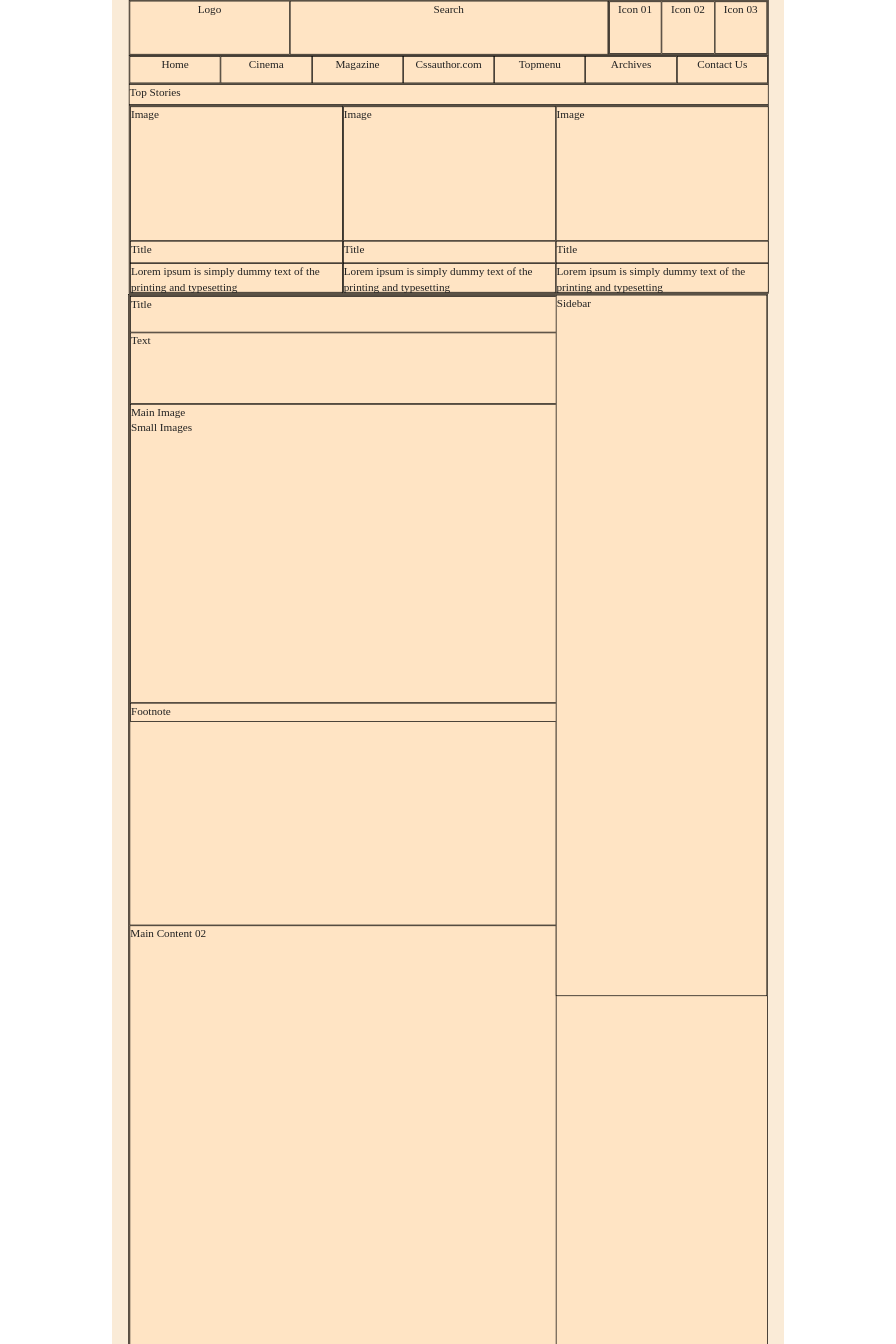
Repository: giovanabirck/cover-magazine-giovanabirck
Page: index.html
The author's editor kept a copy of each file at every save. The page is drawn from the files as they stood at one save, then again after the next save.
The browser window is 1280 px wide. The pictures show the part of the page from y = 0 to 1920 px (the page is 5000 px tall), at 70% of full size.

Above is the page before, as saved 2023-01-14 11:21:50.

After the next save:
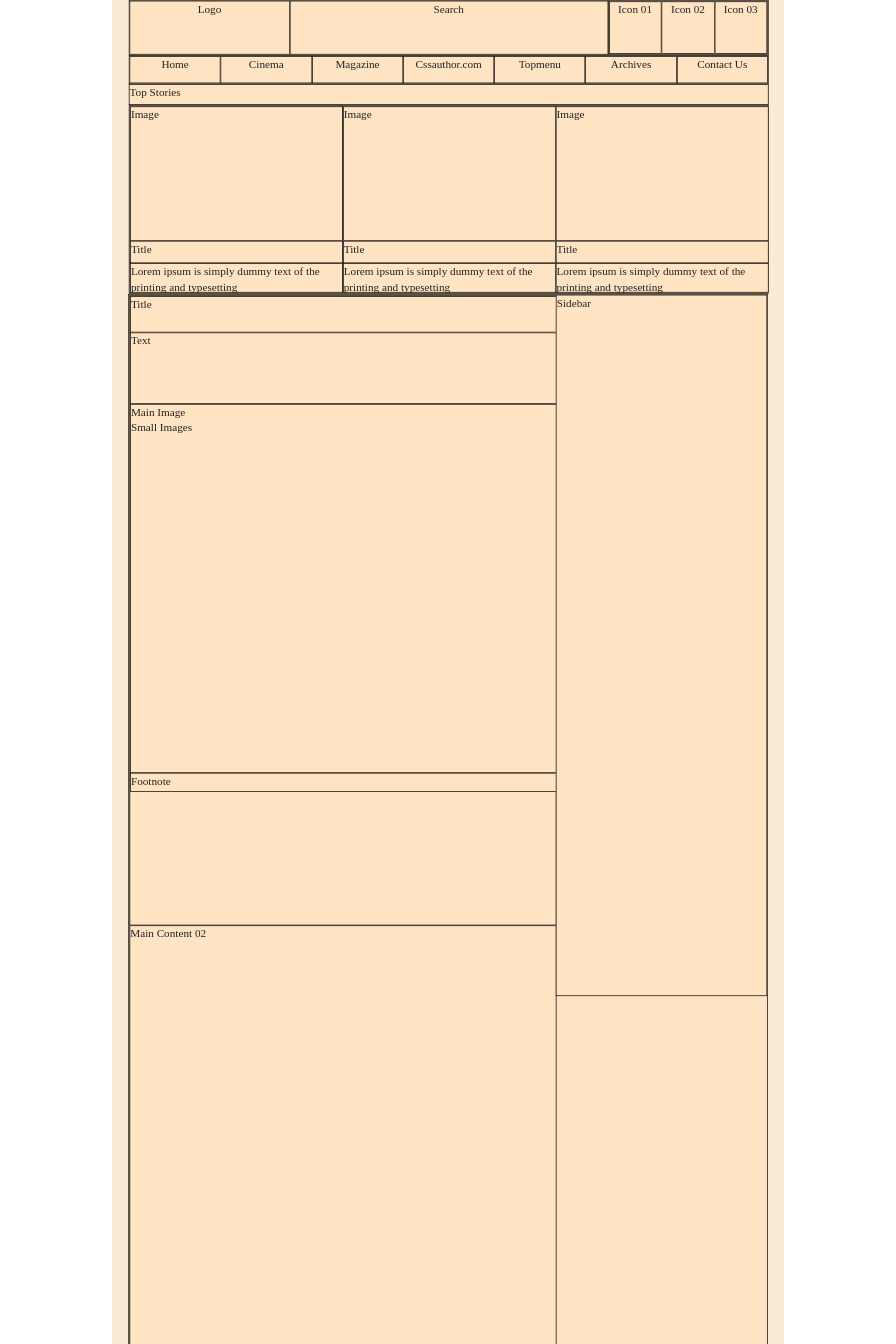
Saved 12 s later.
--- a/css/main.css
+++ b/css/main.css
@@ -423,7 +423,7 @@
   background-color: bisque;
   border: solid 1px black;
   width: 100%;
-  height: 425px;
+  height: 525px;
 }
 
 .main-content-un-footnote{
